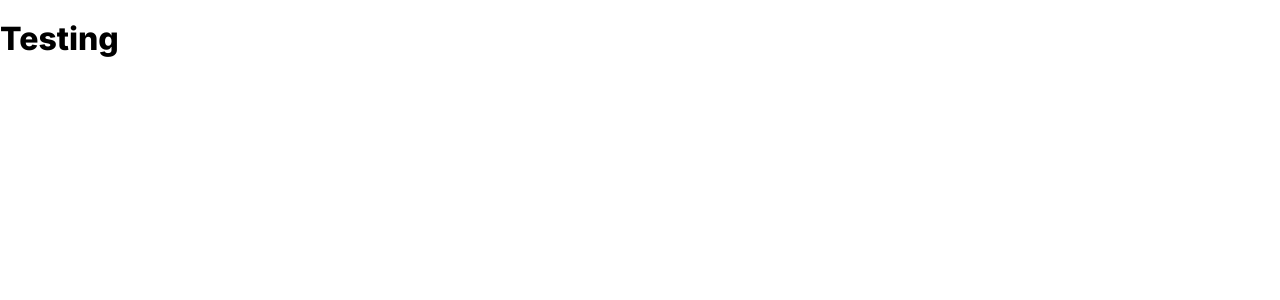
Repository: al-XLeMEsTRE/Around-The-U.S
Page: index.html
An editor plug-in stored every save of this project. The page is shown before and after the next save, followed by the edit.
The browser window is 1280 px wide. The pictures show the whole page.

Above is the page before, as saved 2023-12-12 11:42:31.

### index.html
<!DOCTYPE html>
<html lang="en">
    <head>
        <meta charset="UTF-8" />
        <meta name="viewport" content="width=device-width, initial-scale=1" />
        <meta name="author" content="Gregory Alexandre" />
        <meta name="description" content="Discover breathtaking landscapes across the U.S. with our travel guide inspired by the legendary explorer Jacques Cousteau. Explore Yosemite Valley, Lake Louise, and the Bald Mountains." />
        <meta
          name="keywords"
          content="Jacques Cousteau, explorer, exploration, travel, adventure, nature, landscapes, Yosemite Valley, Lake Louise, Bald Mountains, scenic views, national parks, outdoor photography, travel inspiration"
        />
        <title>Around the U.S</title>
        <link rel="shortcut icon" href="./favicon.ico" />
        <link rel="stylesheet" type="text/css" href="./pages/index.css" />
        <!-- Additional tags such as Open Graph and Twitter cards can be added here for social media optimization -->
        <!-- Open Graph meta tags -->
        <meta property="og:title" content="Explore with Jacques Cousteau | U.S. Landscapes" />
        <meta property="og:description" content="Join the journey through the most picturesque landscapes of the U.S., following in the footsteps of Jacques Cousteau." />
        <meta property="og:image" content="./images/og-image.jpg" />
        <meta property="og:type" content="website" />

  <body class="page">
    <div class="content"> <h1>Testing</h1>
    </div>

  </body>
</html>

### pages/index.css
@import url("../vendor/normalize.css");
@import url("../vendor/fonts.css");
@import url("../blocks/page.css");
@import url("../blocks/header.css");
@import url("../blocks/content.css");
@import url("../blocks/profile.css");
@import url("../blocks/footer.css");
@import url("../blocks/card.css");
@import url("../blocks/cards.css");

### vendor/fonts.css
@font-face {
  font-family: "Inter";
  font-style: normal;
  font-weight: 400;
  font-display: swap;
  src: url("./fonts/Inter-Regular.woff2") format("woff2");
}

@font-face {
  font-family: "Inter";
  font-style: normal;
  font-weight: 500;
  font-display: swap;
  src: url("./fonts/Inter-Medium.woff2") format("woff2");
}

@font-face {
  font-family: "Inter";
  font-style: normal;
  font-weight: 800;
  font-display: swap;
  src: url("./fonts/Inter-ExtraBold.woff2") format("woff2");
}

### blocks/page.css
.page {
  font-family: Inter, Arial, Helvetica, sans-serif;
}

Loaded but not shown: vendor/normalize.css (library); blocks/header.css (no stored copy; drawn as an empty file); blocks/content.css (no stored copy; drawn as an empty file); blocks/profile.css (no stored copy; drawn as an empty file); blocks/footer.css (no stored copy; drawn as an empty file); blocks/card.css (no stored copy; drawn as an empty file); blocks/cards.css (no stored copy; drawn as an empty file)

After the next save:
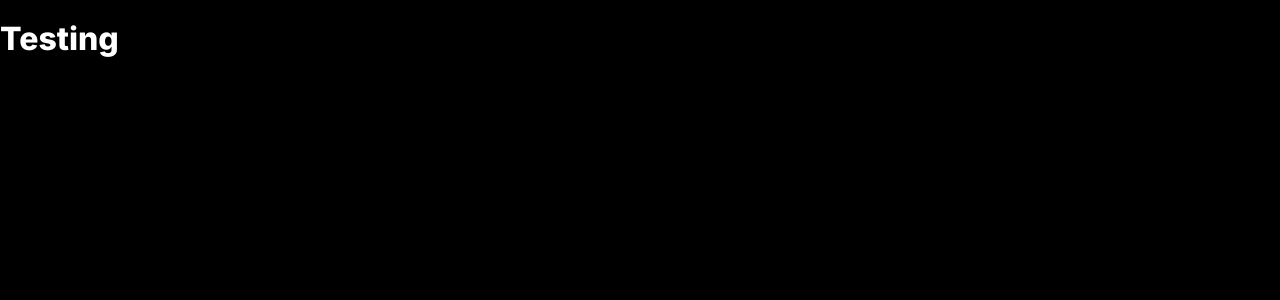
Saved 3 min 48 s later.
--- a/blocks/page.css
+++ b/blocks/page.css
@@ -1,3 +1,5 @@
 .page {
   font-family: Inter, Arial, Helvetica, sans-serif;
+  background-color: black;
+  color: white;
 }
